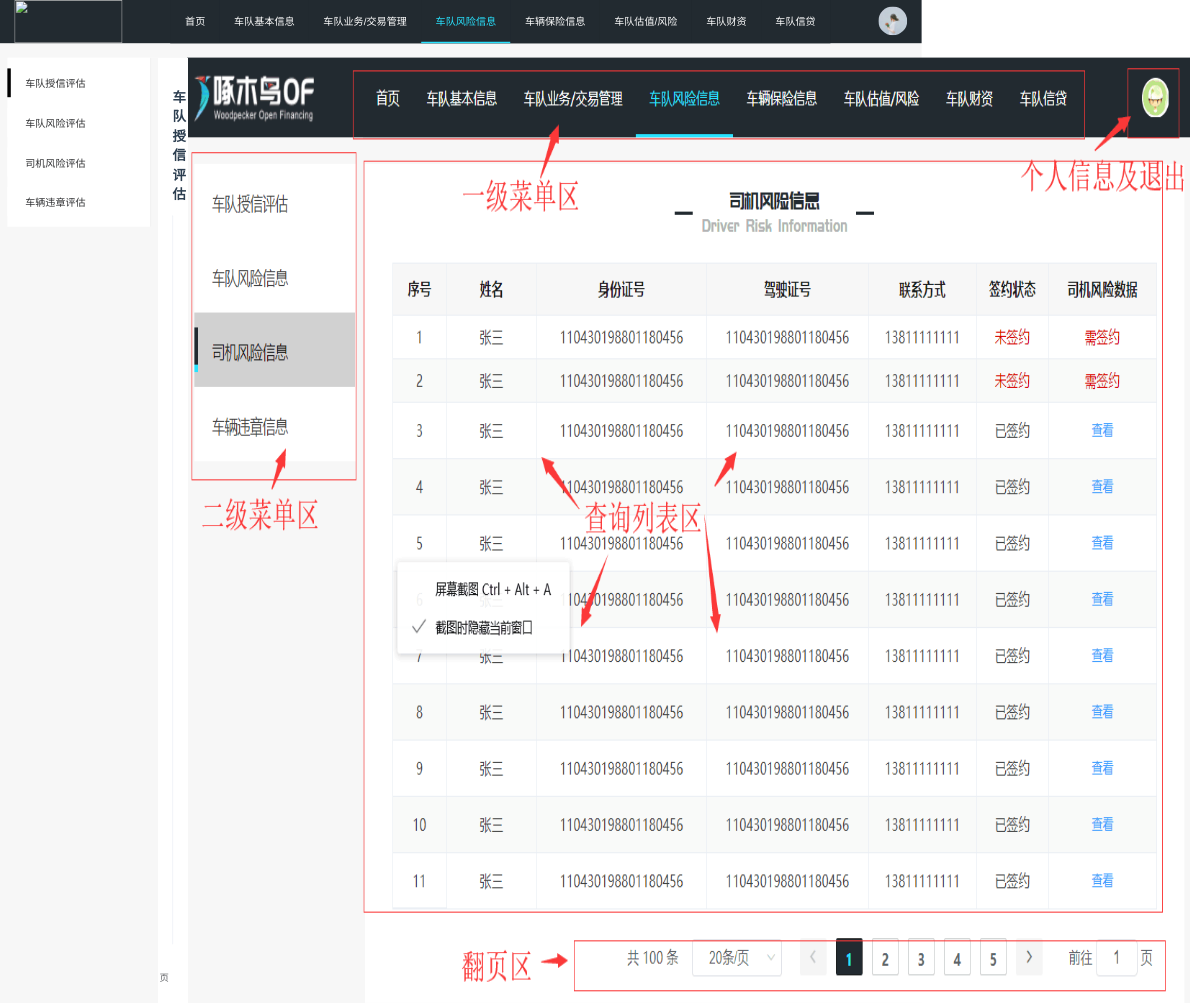
Repository: TheWomanLiketheWind/woodpecker
Page: /
These files come from the project's save history. The page is drawn as it stood at one moment and after the next save; the edit follows.
The browser window is 1280 px wide. The page is 1653 px wide, so the pictures cover 1653 px, including what lies to the right of the window. The pictures show the whole page, at 72% of full size.
The project was rebuilt for these pictures with package versions that can differ from the ones it lists, and the page was loaded fresh each time. Also part of the build but not shown: src/views/menuThird.vue.

Above is the page before, as saved 2019-07-26 09:46:50.

### public/index.html
<!DOCTYPE html>
<html lang="en">
  <head>
    <meta charset="utf-8">
    <meta http-equiv="X-UA-Compatible" content="IE=edge">
    <meta name="viewport" content="width=device-width,initial-scale=1.0">
    <link rel="icon" href="<%= BASE_URL %>favicon.ico">
    <title>woodpecker</title>
  </head>
  <body>
    <noscript>
      <strong>We're sorry but woodpecker doesn't work properly without JavaScript enabled. Please enable it to continue.</strong>
    </noscript>
    <div id="app"></div>
    <!-- built files will be auto injected -->
  </body>
</html>

### src/App.vue
<template>
  <div id="app">
    <router-view />
  </div>
</template>

<style lang="scss">
#app {
  font-family: "Avenir", Helvetica, Arial, sans-serif;
  -webkit-font-smoothing: antialiased;
  -moz-osx-font-smoothing: grayscale;
  text-align: center;
  color: #2c3e50;
  background: #f7f7f7;
  .el-header {
    display: flex;
    justify-content: space-between;
    align-items: center;
  }
  .menuSecond {
    .el-menu-item:focus,
    .el-menu-item:hover {
      background-color: rgb(209, 209, 209);
    }
    .el-menu-item.is-active {
      border-left: 5px solid #000;
    }
    .el-menu-item {
      border-left: 5px solid #fff;
      margin: 15px 0;
      height: 40px;
      line-height: 40px;
      text-align: left;
    }
  }
}
#nav {
  padding: 30px;
  a {
    font-weight: bold;
    color: #2c3e50;
    &.router-link-exact-active {
      color: #42b983;
    }
  }
}
body {
  margin: 0;
}
</style>

### src/router.ts
import Vue from 'vue'
import Router from 'vue-router'
import Home from './views/Home.vue'
Vue.use(Router)

export default new Router({
  mode: 'history',
  base: process.env.BASE_URL,
  routes: [
    {
      path: '/',
      name: 'home',
      component: Home,
      children: [
        {
          path: '/',
          name: 'menuSecond',
          children: [
            {
              path: '/',
              name: 'menuThird',
              component: () =>
                import(/* webpackChunkName: "about" */ './views/menuThird.vue')
            }
          ],
          component: () =>
            import(/* webpackChunkName: "about" */ './views/menuSecond.vue')
        }
      ]
    }
  ]
})

### src/views/Home.vue
<template>
  <el-container>
    <el-header class="headerAll">
      <img src=""
           class="headImage">
      <el-menu :default-active="activeIndex"
               class="el-menu-demo"
               mode="horizontal"
               background-color="#222a30"
               text-color="#fff"
               active-text-color="#29e2fe"
               @select="handleSelect">
        <el-menu-item v-for="(item, index) in menuList"
                      :key="index"
                      :index="item.index"
                      v-on:listenToChildEvent="menuClick">{{item.name}}</el-menu-item>
      </el-menu>

      <el-dropdown>
        <img src="../assets/headImage.jpg"
             class="drophead" />
        <el-dropdown-menu slot="dropdown">
          <el-dropdown-item>个人信息</el-dropdown-item>
          <el-dropdown-item>退出</el-dropdown-item>
        </el-dropdown-menu>
      </el-dropdown>
    </el-header>
    <!-- <router-link to="/menuSecond">点击跳转</router-link> -->
    <router-view />
  </el-container>
</template>

<script lang="ts">
import { Component, Vue } from "vue-property-decorator";

@Component({
  components: {}
})
export default class Home extends Vue {
  data() {
    return {
      activeIndex: "4",
      menuList: [
        {
          name: "首页",
          index: "1",
          link: ""
        },
        {
          name: "车队基本信息",
          index: "2",
          link: ""
        },
        {
          name: "车队业务/交易管理",
          index: "3",
          link: ""
        },
        {
          name: "车队风险信息",
          index: "4",
          link: ""
        },
        {
          name: "车辆保险信息",
          index: "5",
          link: ""
        },
        {
          name: "车队估值/风险",
          index: "6",
          link: ""
        },
        {
          name: "车队财资",
          index: "7",
          link: ""
        },
        {
          name: "车队信贷",
          index: "8",
          link: ""
        }
      ]
    };
  }

  private handleSelect(key: any, keyPath: any) {
    console.log(key, keyPath);
  }

  menuClick(data: any) {
    this.$router.push(data);
  }
}
</script>

<style lang="scss">
.headerAll {
  background: #222a30;
  margin-bottom: 20px;
  .headImage {
    width: 150px;
    height: 100%;
    border: 0;
  }
  .drophead {
    width: 40px;
    height: 40px;
    border-radius: 50%;
  }
}
</style>

### src/views/menuSecond.vue
<template>
  <el-container class="menuSecond">

    <el-aside width="200px"
              class="asideClass">
      <el-menu :default-active="defaultActive"
               class="el-menu-vertical-demo"
               active-text-color="#303133"
               @select="handleSelect">
        <el-menu-item v-for="(item, index) in filesList.navigeList"
                      :key="index"
                      :index="item.index">
          <span slot="title">{{item.name}}</span>
        </el-menu-item>
      </el-menu>
    </el-aside>
    <el-main class="menuSecondRight">
      <h3>{{filesList.navigeList[this.selectIndex].name}}</h3>
      <el-table :data="tableData"
                border
                stripe
                style="width: 100%">
        <el-table-column type="index"
                         label="序号"
                         width="70"
                         align="center">
        </el-table-column>
        <el-table-column prop="name"
                         label="姓名"
                         width="110"
                         align="center" />
        <el-table-column prop="cardId"
                         label="身份证号"
                         align="center" />
        <el-table-column prop="driveId"
                         label="驾驶证号"
                         align="center" />
        <el-table-column prop="tel"
                         label="联系方式"
                         align="center" />
        <el-table-column prop="signType"
                         label="签约状态"
                         align="center">
          <template slot-scope="scope">
            <span :class="scope.row.signType === 0?'signTypeColor':''">{{scope.row.signType === 0?'未签约':'已签约'}}</span>
          </template>
        </el-table-column>
        <el-table-column label="司机风险数据"
                         align="center">
          <template slot-scope="scope">
            <el-button type="text"
                       v-if="scope.row.signType === 0"
                       class="signTypeColor">需签约</el-button>
            <el-button type="text"
                       v-else>查看</el-button>
          </template>
        </el-table-column>
      </el-table>
      <el-pagination @size-change="handleSizeChange"
                     @current-change="handleCurrentChange"
                     :current-page="currentPage4"
                     :page-sizes="[10, 20, 50, 100]"
                     :page-size="10"
                     layout="total, sizes, prev, pager, next, jumper"
                     :total="tableData.length">
      </el-pagination>
    </el-main>
    <img src="../assets/d1c2dc3ef8561f8ba11936fef14c613.png">
  </el-container>

</template>

<script lang="ts">
import Vue from "vue";
import files from "../jsonFile";

export default Vue.extend({
  data() {
    return {
      filesList: files,
      selectIndex: 0,
      defaultActive: "1",
      currentPage4: 4,
      tableData: [
        {
          name: "张三",
          cardId: "110430198801180456",
          driveId: "110430198801180456",
          tel: "13811111111",
          signType: 0
        }
      ]
    };
  },
  mounted() {
    this.defined();
  },
  methods: {
    defined() {
      for (let i = 0; i < 9; i++) {
        let object = {
          name: "张三",
          cardId: "110430198801180456",
          driveId: "110430198801180456",
          tel: "13811111111",
          signType: i === 0 ? 0 : 1
        };
        this.tableData.push(object);
      }
    },
    handleSelect(key: String) {
      this.selectIndex = Number(key) - 1;
    },
    handleSizeChange(val: Number) {
      console.log(`每页 ${val} 条`);
    },
    handleCurrentChange(val: Number) {
      console.log(`当前页: ${val}`);
    }
  }
});
</script>


<style lang="scss">
.menuSecond {
  background: #f7f7f7;
  margin: 0 10px;
  .menuSecondRight {
    background: #fff;
    margin-left: 10px;
  }
  .el-pagination {
    margin-top: 30px;
    float: right;
  }
  .signTypeColor {
    color: #d40707;
  }
}
.el-menu {
  background: #fff;
}
</style>

### src/jsonFile.ts
const fileObject = {
  navigeList: [
    {
      name: '车队授信评估',
      index: '1'
    },
    {
      name: '车队风险评估',
      index: '2'
    },
    {
      name: '司机风险评估',
      index: '3'
    },
    {
      name: '车辆违章评估',
      index: '4'
    }
  ]
}

export default fileObject

Loaded but not shown: src/main.ts (common file); src/store.ts (common file)

After the next save:
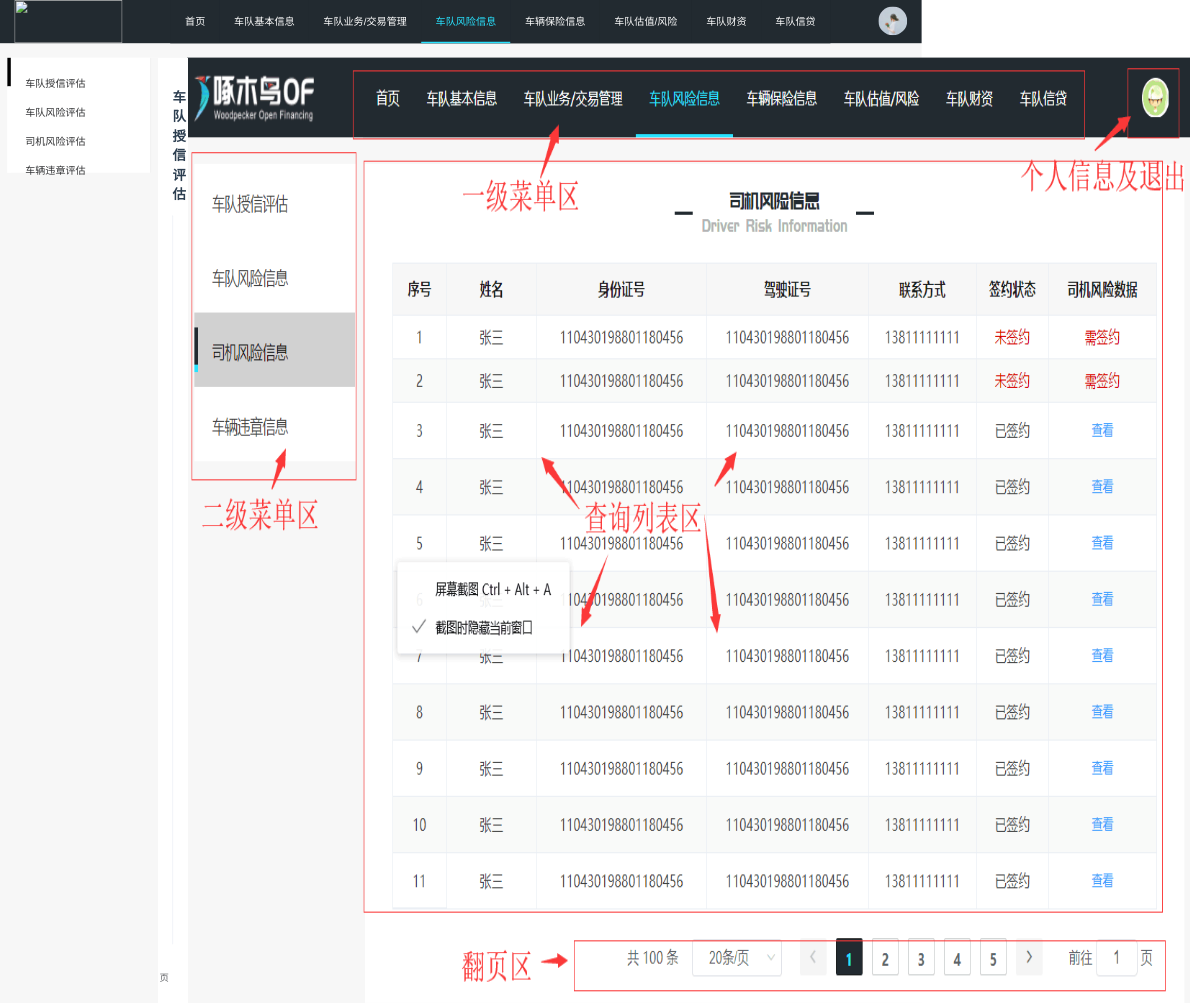
Saved 16 s later.
--- a/src/App.vue
+++ b/src/App.vue
@@ -27,7 +27,7 @@
     }
     .el-menu-item {
       border-left: 5px solid #fff;
-      margin: 15px 0;
+      padding: 15px 0;
       height: 40px;
       line-height: 40px;
       text-align: left;
